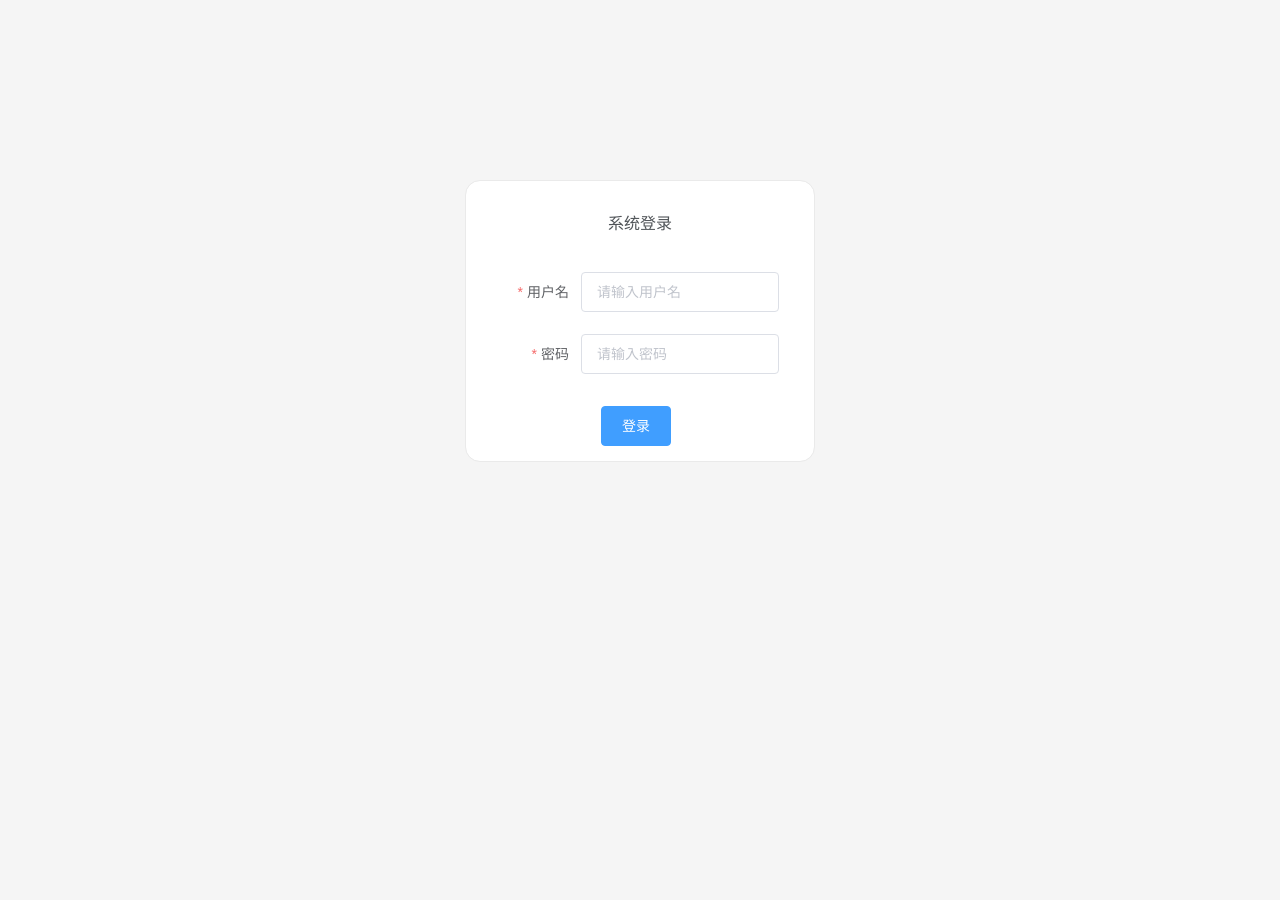
Repository: erwtt/git-demo
Page: /login (app in 后台管理系统/)
The author's editor kept a copy of each file at every save. The page is drawn from the files as they stood at one save, then again after the next save.
The browser window is 1280 px wide. The pictures show the whole page.
The project was rebuilt for these pictures with package versions that can differ from the ones it lists, and the page was loaded fresh each time. Also part of the build but not shown: 后台管理系统/vue.config.js.

Above is the page before, as saved 2022-05-20 17:15:21.

After the next save:
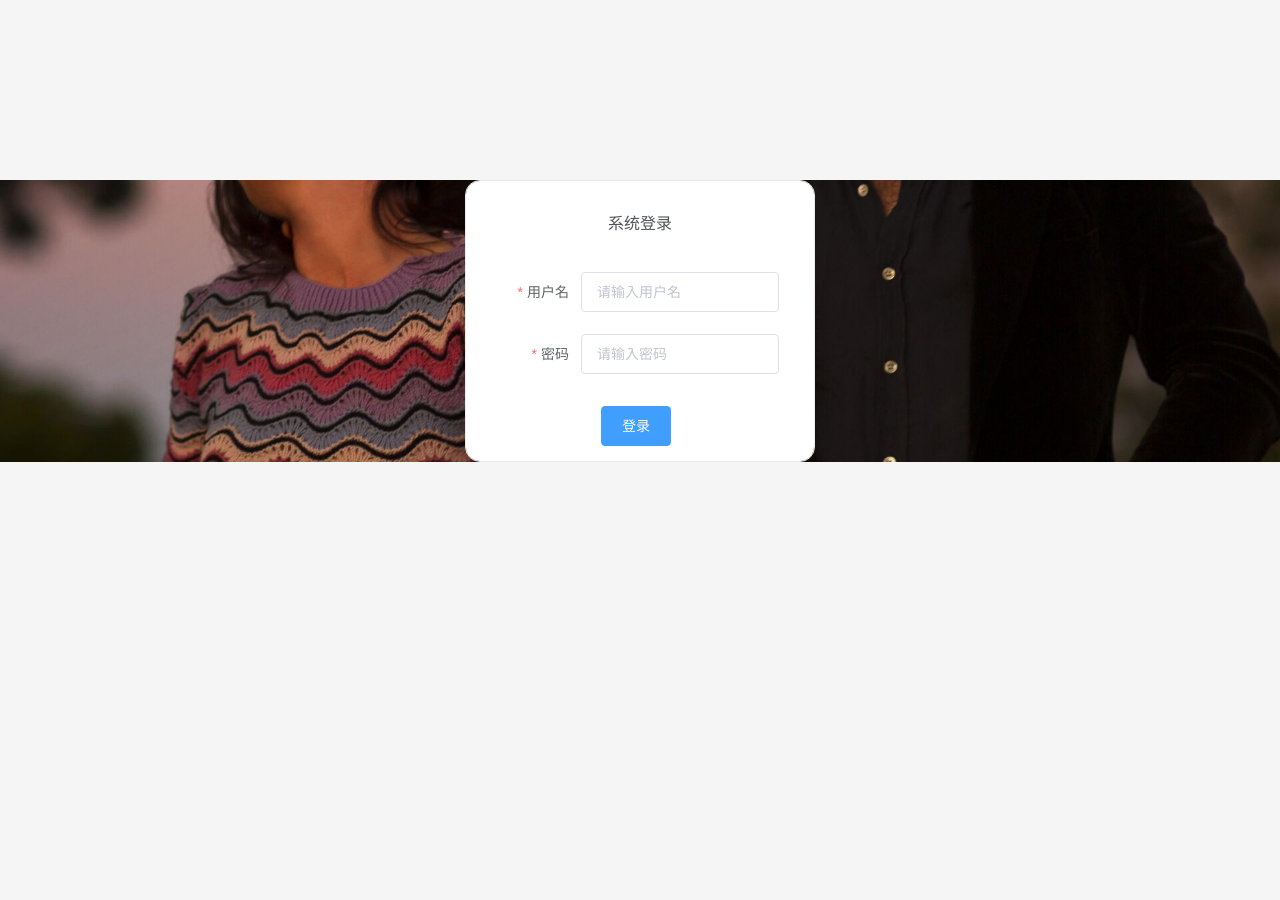
Saved 41 s later.
--- a/后台管理系统/src/views/login/login.vue
+++ b/后台管理系统/src/views/login/login.vue
@@ -100,7 +100,7 @@ export default {
     .background{
                 width: 100%;
   height: 100%;
-  background-image: import("../../assets/images/back.jpg");
+  background-image: url("../../assets/images/back.jpg");
   background-size: cover;
   background-position: center;
   position: relative;
